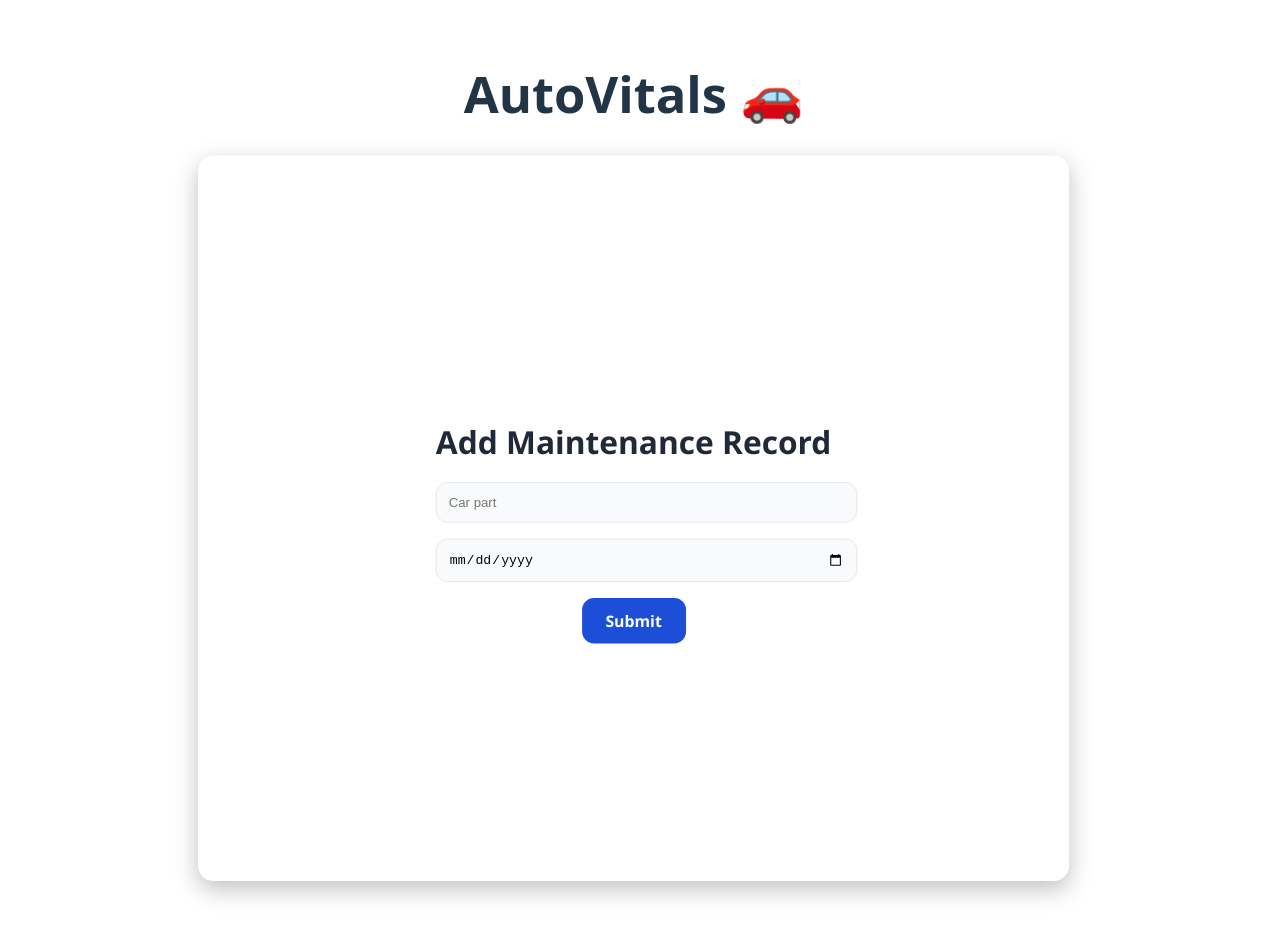
Repository: YoussefAzmires/wevdebautovitals
Page: /search (app in frontend/)
An editor plug-in stored every save of this project. The page is shown before and after the next save, followed by the edit.
The browser window is 1280 px wide. The pictures show the whole page, at 99% of full size.
The project was rebuilt for these pictures with package versions that can differ from the ones it lists, and the page was loaded fresh each time. Also part of the build but not shown: frontend/vite.config.ts.

Above is the page before, as saved 2025-04-13 15:56:06.

### frontend/src/App.tsx
import './App.css'
import AddMaintenanceRecordsForm from "./components/AddMaintenanceRecordsForm/AddMaintenanceRecordsForm";
function App() {
  return (
    <div>
      <h1>AutoVitals 🚗</h1>
      <AddMaintenanceRecordsForm />
    </div>
  );
}


export default App

### frontend/src/components/AddMaintenanceRecordsForm/AddMaintenanceRecordsForm.tsx
import { JSX } from 'react';
import './AddMaintenanceRecordsForm.css'



export default function AddMaintenanceRecordsForm() : JSX.Element {
    return (
      <form>
        <h2>Add Maintenance Record</h2>
        <input type="text" placeholder="Car part" />
        <br />
        <input type="date" />
        <br />
        <button type="submit">Submit</button>
      </form>
    );
  }

### frontend/src/components/AddMaintenanceRecordsForm/AddMaintenanceRecordsForm.css
form{
  background-color: white;
  padding: 15em;
  border-radius: 16px;
  box-shadow: 0 8px 24px rgba(0, 0, 0, 0.25);
  max-width: 500px;
  margin: 2rem auto;
  font-family: 'Segoe UI',sans-serif;
}
form h2{
  font-size: 2em;
  color: #1f2937;
  margin-bottom: 1rem;

}
input[type="text"],

input[type="date"] {
  width: 100%;
  padding: 0.75rem;
  margin-bottom: 1rem;
  border: 1px solid #e5e7eb;
  border-radius: 12px;
  background-color: #f9fafb;
  transition: border 0.2s ease-in-out;
}
form button{
  background-color: #1d4ed8;
  color: white;
  padding: 0.75rem 1.5rem;
  border: none;
  border-radius: 12px;
  cursor: pointer;
  font-weight: 600;
  transition: background-color 0.2s ease-in-out;
}

form button:hover{
  background-color: #3b82f6;
}

label {
  display: block;
  margin-bottom: 0.25rem;
  color: #374151;
  font-weight: 600;
}

input:focus {
  border-color: #3b82f6;
  outline: none;
  background-color: #fff;
}

Loaded but not shown: frontend/index.html (common file); frontend/src/main.tsx (common file); frontend/src/index.css (common file); frontend/src/App.css (common file)

After the next save:
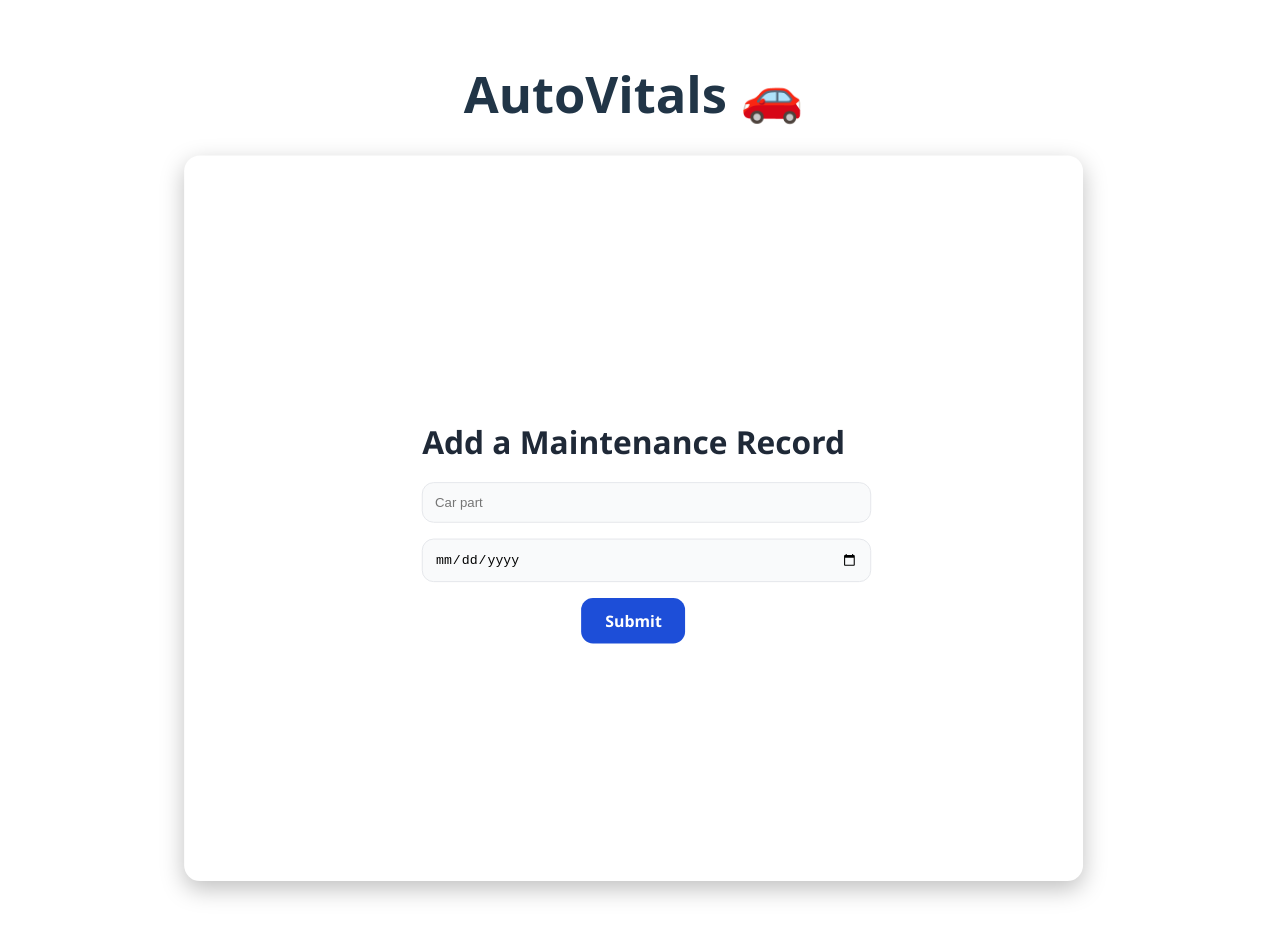
Saved 24 s later.
--- a/frontend/src/components/AddMaintenanceRecordsForm/AddMaintenanceRecordsForm.tsx
+++ b/frontend/src/components/AddMaintenanceRecordsForm/AddMaintenanceRecordsForm.tsx
@@ -6,7 +6,7 @@ import './AddMaintenanceRecordsForm.css'
 export default function AddMaintenanceRecordsForm() : JSX.Element {
     return (
       <form>
-        <h2>Add Maintenance Record</h2>
+        <h2>Add a Maintenance Record</h2>
         <input type="text" placeholder="Car part" />
         <br />
         <input type="date" />
